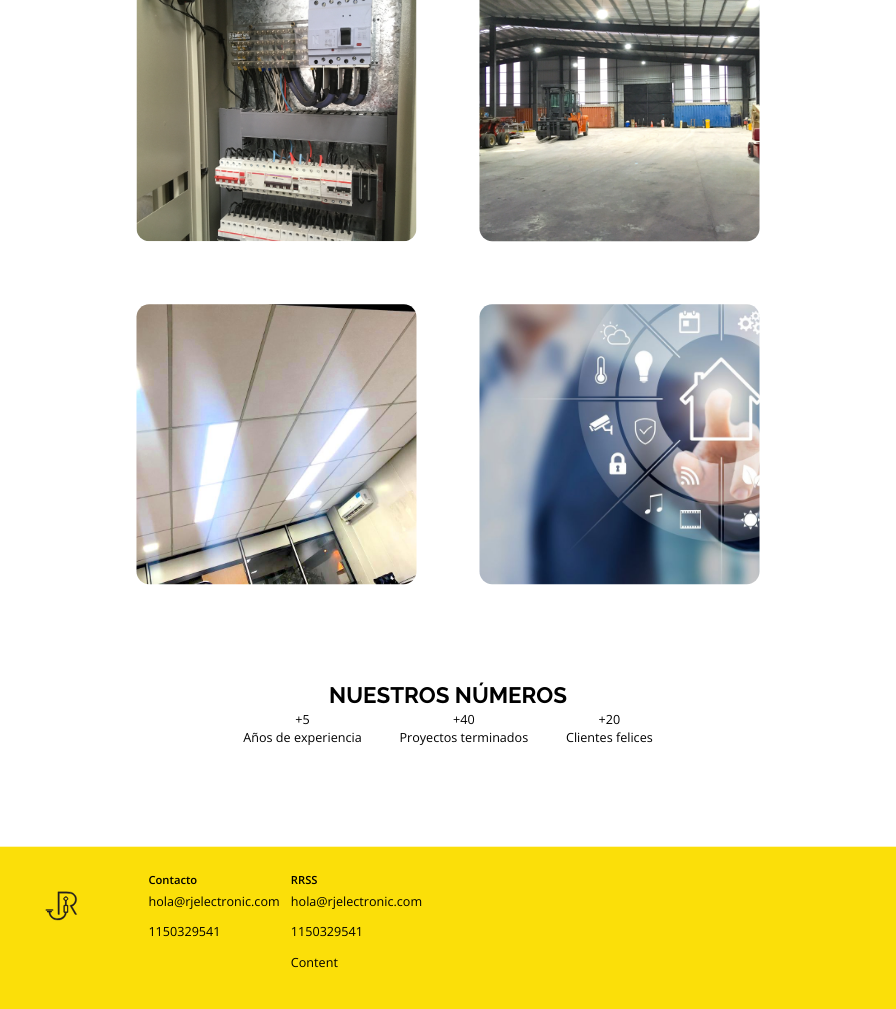
Repository: jeraldinnemg/rjelectronics
Page: index.html
The author's editor kept a copy of each file at every save. The page is drawn from the files as they stood at one save, then again after the next save.
The browser window is 1280 px wide. The pictures show the part of the page from y = 1281 to 3201 px (the page is 2723 px tall before and 3201 px after), at 70% of full size.
Some web libraries are served in a nearby version.

Above is the page before, as saved 2022-07-27 21:32:05.

### index.html
<!DOCTYPE html>
<html lang="en">
<head>
    <meta charset="UTF-8">
    <meta http-equiv="X-UA-Compatible" content="IE=edge">
    <meta name="viewport" content="width=device-width, initial-scale=1.0">
    <link rel="shortcut icon" href="favicon.ico" type="image/x-icon">
    <!-- Google fonts -->
    <link rel="preconnect" href="https://fonts.googleapis.com">
    <link rel="preconnect" href="https://fonts.gstatic.com" crossorigin>
<link href="https://fonts.googleapis.com/css2?family=Open+Sans:wght@300;400;500;600&family=Raleway:wght@300;400;500;600;700;800&display=swap" rel="stylesheet">
<link rel="stylesheet" href="https://cdnjs.cloudflare.com/ajax/libs/font-awesome/6.1.1/css/all.min.css" integrity="sha512-KfkfwYDsLkIlwQp6LFnl8zNdLGxu9YAA1QvwINks4PhcElQSvqcyVLLD9aMhXd13uQjoXtEKNosOWaZqXgel0g==" crossorigin="anonymous" referrerpolicy="no-referrer" />
    <!-- Custom system -->
    <link rel="stylesheet" href="index.css">
    <script src="https://kit.fontawesome.com/05b8218d7f.js" crossorigin="anonymous"></script>


    <script src="navigation.js" defer></script>
    <script src="tabs.js" defer></script>

    <title>RJ Electronics</title>
</head>
<body>
    <header class="primary-header flex">
            <a href="#">
                <img class="logo" width="50px" height="50px"src="/img/logo.svg" alt="">
            </a>
            <button class="mobile-nav-toggle" aria-controls="primary-navigation"><span class="sr-only" aria-expanded="false">Menu</span></button>
            <nav >
                <ul class="primary-navigation flex" data-visible="false">
                    <li><a href="#" class="uppercase text-dark ff-serif">Acerca de</a></li>
                    <li><a href="#" class="uppercase text-dark ff-serif">Servicios</a></li>
                    <li><a href="#" class="uppercase text-dark ff-serif">Proyectos</a></li>
                    <li><a href="#" class="uppercase text-dark ff-serif">Contacto</a></li>
                </ul>
            </nav>
    </header>

    <main class="grid-container grid-container--home">
        <section class="hero">
            <div class="container flex">
                <!-- CTA-1 -->
                <article class="a-self" id="lampara-tab" role="tabpanel" tabindex="0">
                    <h1 class="ff-serif fs-700">Ofrecemos Soluciones Electrónicas Integrales para tu hogar</h1>
                    <p class="ff-sans fs-400">Diseñamos y construimos una solución para cualquier necesidad, falla o problema electrónico industrial, comercial o residencial.</p>
                    <a href="#" class="button"><span>Me interesa</span></a>
                </article>
                <!-- CTA-2 -->
                <article hidden class="a-self" id="destornillador-tab" role="tabpanel" tabindex="0">
                    <h2 class="ff-serif fs-700">Creamos espacios luminosos a tu medida</h2>
                    <p class="ff-sans fs-400">Nos encargamos de calcular los lumens necesarios para que obtengas un espacio con luz de calidad.</p>
                    <a href="#" class="button"><span>Ver más</span></a>
                </article>
                <!-- CTA-3 -->
                <article hidden class="a-self" id="interruptor-tab" role="tabpanel" tabindex="0">
                    <h2 class="ff-serif fs-700">Creamos ambientes inteligentes</h2>
                    <p class="ff-sans fs-400">Nos encargamos de automatizar espacios y lugares de manera fácil y rápida.</p>
                    <a href="#" class="button"><span>Me interesa</span></a>
                </article>
                <picture class= "hero__image" id="lampara-image">
                    <img src="/img/lampara.png" alt="lampara" >
                </picture>
                <picture class= "hero__image" hidden id="destornillador-image">
                    <img src="/img/destornillador.png" alt="destornillador">
                </picture>
                <picture class= "hero__image" hidden id="interruptor-image">
                    <img src="/img/interruptor.png" alt="interruptor">
                </picture>
            </div>
            <!-- Dots -->
            <div class="dot-indicators flex" role="tablist" aria-label="services list">
                <button aria-selected="true" aria-controls="lampara-tab" data-image="lampara-image" role="tab" tabindex="0"><span class="sr-only">Lampara</span></button>
                <button aria-selected="false" aria-controls="destornillador-tab" data-image="destornillador-image" role="tab" tabindex="-1"><span class="sr-only">destornillador</span></button>
                <button aria-selected="false" aria-controls="interruptor-tab" data-image="interruptor-image" role="tab" tabindex="-1"><span class="sr-only">Interruptor</span></button>
            </div>
        </section>

        <section class="services">
            <h2 class="ff-serif fs-600 uppercase">Servicios</h2>
            <div class="container">
                <article class="card flex">
                    <i class="fa-solid fa-bolt fs-700"></i>
                    <div class="card-body">
                        <h2 class="card-title fs-400">Instrumentación & automatización</h2>

                    </div>
                </article>
                <article class="card flex">
                    <i class="fa-solid fa-plug fs-700 "></i>
                    <div class="card-body">
                        <h2 class="card-title fs-400">Tableros eléctricos</h2>

                    </div>
                </article>
                <article class="card flex">
                    <i class="fa-solid fa-lightbulb fs-700"></i>
                    <div class="card-body">
                        <h2 class="card-title fs-400">Domótica</h2>

                    </div>
                </article>
                <article class="card flex">
                    <i class="fa-solid fa-building  fs-700"></i>
                    <div class="card-body">
                        <h2 class="card-title fs-400">Planos eléctricos</h2>

                    </div>
                </article>
        </div>
        </section>
        <section class="projects">
            <h2 class="ff-serif fs-600 uppercase">Proyectos</h2>
            <div class="projects-container grid-container">
                <article class="project" style="background-image: url('/img/servicio-electricidad.JPG')">
                    <div class="project-overlay">
                    <h2 class="overlay-text fs-600 uppercase" >Tablero eléctrico</h2>
                    </div>
                </article>
                <article class="project" style="background-image: url('/img/trabajos-iluminacion-galpon.JPG')">
                    <div class="project-overlay">
                        <h2 class="overlay-text fs-500 uppercase">Iluminación industrial</h2>
                    </div>
                </article>
                <article class="project" style="background-image: url('/img/iluminacion-oficinas.jpeg') ">
                    <div class="project-overlay">
                        <h2 class="overlay-text fs-500 uppercase">Iluminación de oficina</h2>
                    </div>
                </article>
                <article class="project" style="background-image: url('/img/servicios-domotica.jpg') ">
                    <div class="project-overlay">
                        <h2 class="overlay-text fs-500 uppercase">Domótica en casa</h2>
                    </div>
                </article>
        </div>
        </section>
        <section class="statics">
            <h2 class="ff-serif fs-600 uppercase">Nuestros números</h2>
            <div class="container flex" >
            <div>
                <span>+5</span>
                <p>Años de experiencia</p>
            </div>
            <div>
                <span>+40</span>
                <p>Proyectos terminados</p>
            </div>
            <div>
                <span>+20</span>
                <p>Clientes felices</p>
            </div>
        </div>
        </section>

    </main>


    <footer class="flex">
        <a href="#">
            <img class="logo" width="50px" height="50px"src="/img/logo.svg" alt="">
        </a>
        <div class="col">
            <h3>Contacto</h3>
                <p>hola@rjelectronic.com</p>
                <p>1150329541</p>
        </div>
        <div class="col">
            <h3>RRSS</h3>
                <p>hola@rjelectronic.com</p>
                <p>1150329541</p>
                <p>Content</p>
        </div>
    </footer>

</body>
</html>

### index.css
/* ----------------------- */
/* --Custom properties---- */
/* ----------------------- */

:root {
   /*colors*/
   --clr-dark: 0 0% 0%;
   --clr-main: 53 97% 51%;
   --clr-secondary: 25 100% 52%;
   --clr-white: 0 0% 100%;

/*font-sizes*/
--fs-1000: 9.375rem; /*150x*/
--fs-900: 6.25rem; /*100px*/
--fs-800: 4.5rem; /*72px*/
--fs-700: 3.5rem; /*56px*/
--fs-600: 2rem; /*32px*/
--fs-500: 1.75rem; /*28px*/
--fs-400: 1.125rem; /*18px*/
--fs-300: 1rem; /*16px*/
--fs-200: 0.875rem; /*14px*/

/*font-family*/
--ff-serif: "Raleway", serif;
--ff-sans: "Open sans", sans-serif;


}

.uppercase {
    text-transform: uppercase;
}

/* -------------- */
/* -----RESET---- */
/* -------------- */

*,
*::before,
*::after {
    box-sizing: border-box;
}

/* Reset margins */
h1,
h2,
h3,
h4,
h5,
body,
p,
picture,
figure {
    margin:0;
}

/* Set up the body  */

body {
    font-family: var(--ff-sans);
    font-size: var(--fs-400);
    color:hsl(var(--clr-dark));
    line-height: 1.4;
    min-height: 100vh;

    display: grid;
    grid-template-rows: min-content 1fr;

    overflow-x:hidden;
}

/* Make images easier to work */
img,
picture {
    max-width: 100%;
}

/* Make form elements easier to work*/
input,
select,
button,
textarea {
    font: inherit;
}

/* Remove all animations, transitions and smooth scroll for people that prefer not to see them (Accesibility Recourse piccali.li*/
@media (prefers-reduced-motion: reduce) {
    html:focus-within {
     scroll-behavior: auto;
    }

    *,
    *::before,
    *::after {
      animation-duration: 0.01ms !important;
      animation-iteration-count: 1 !important;
      transition-duration: 0.01ms !important;
      scroll-behavior: auto !important;
    }
  }

/* ------------------ */
/* -UTILITY CLASES-- */
/* ----------------- */

.flex {
    display: flex;
    gap: var(--gap, 1rem);
}

.grid {
    display: grid;
    gap: var(--gap, 1rem);
}

.a-self{
    align-self: center;
}

.container {
    padding-inline: 1em;
    margin-inline: auto;
    max-width: 80rem;

    display: flex;
    flex-direction: column;
}

.dot-indicators{
    justify-content: center;
}

.hero{
    margin-top: 2em;
}


.sr-only {
    position: absolute;
    width: 1px;
    height: 1px;
    padding: 0;
    margin: -1px;
    overflow: hidden;
    clip: rect (0,0,0,0);
    white-space: nowrap; /*added line*/
    border: 0;
}

/*Colors */

.bg-dark { background-color: hsl(var(--clr-dark));}
.bg-yellow {background-color: hsl(var(--clr-yellow));}
.bg-white { background-color: hsl(var(--clr-white));}

.text-dark { color: hsl(var(--clr-dark));}
.text-dark { color: hsl(var(--clr-dark));}
.text-dark { color: hsl(var(--clr-dark));}

/*Typography */

.ff-serif {font-family: var(--ff-serif);}
.ff-sans {font-family: var(--ff-sans);}

.letter-spacing-1  {letter-spacing: 4.75px;}
.letter-spacing-2  {letter-spacing: 2.7px;}
.letter-spacing-1  {letter-spacing: 2.35px;}

.fs-900 {font-size: var(--fs-900);}
.fs-800 {font-size: var(--fs-800);}
.fs-700 {font-size: var(--fs-700);}
.fs-600 {font-size: var(--fs-600);}
.fs-500 {font-size: var(--fs-500);}
.fs-400 {font-size: var(--fs-400);}
.fs-300 {font-size: var(--fs-300);}
.fs-200 {font-size: var(--fs-200);}

.fw-400 {font-weight: 400;}
.fw-500 {font-weight: 500;}

/* General */

.flex {
    display: flex;
    gap: var(--gap, 1rem);
}

.flex.even-columns > * {
    width: 100%;
}

.grid {
    display: grid;
    gap: var(--gap, 1rem);
}

.d-block {
    display: block;
}

/* ----------------- */
/* ---COMPONENT----- */
/* ----------------- */

/* Primary header */

.logo{
    margin: 1.5rem clamp(1.5rem, 5vw, 4rem);
}

.primary-header{
    align-items:center;
    justify-content: space-between;
    background-color: hsl(var(--clr-main));
}

.primary-navigation{
    --gap: clamp(1.5rem, 5vw, 3.5rem);
    list-style: none;
    text-decoration: none;
    padding: 0;
    margin:0;
}

.primary-navigation a, footer a{
    text-decoration: none;
    margin-right: 1em;
}

.mobile-nav-toggle{
    display: none;
}

@media(max-width:35em){
    .primary-navigation{
        --underline-gap: 0.5rem;
        position: fixed;
        inset: 0 0 0 20%;
        z-index:1000;
        padding: min(20rem, 15vh);
        margin:0;
        z-index:1000;
        list-style: none;
        flex-direction: column;
        background-color: hsl(var(--clr-main));
        transform: translateX(100%);
        transition: transform ease-in-out;

    }

    .primary-navigation[data-visible='true']{
        transform: translateX(0);
    }

    .mobile-nav-toggle {
        display: block;
        position: absolute;
        z-index:2000;
        right: 2rem;
        top: 2rem;
        background: transparent;
        background-image: url(/img/icon-hamburger.svg);
        background-repeat:no-repeat;
        background-position: center;
        width: 1.5rem;
        aspect-ratio:1;
        border: 0;
        cursor: pointer;
    }

    .mobile-nav-toggle[aria-expanded='true']{
        background-image: url(/img/icon-close.svg);
    }

    .mobile-nav-toggle:focus-visible{
        outline:5px solid white;
        outline-offset: 5px;
    }
}

@media (min-width: 35em){
    .primary-navigation{
        padding-inline: clamp(3rem, 7vw, 7rem);
    }
}

@media(min-width: 45em){
    .primary-navigation{
        margin-block:2rem;
    }
}


/* ---------- */
/* Button     */
/* --------- */

 .button {
    display: inline-flex;
	background: hsl(var(--clr-dark));
    padding: 1em 2em;
    border-radius: 2em;
    color: hsl(var(--clr-white));
	position: relative;
    text-decoration: none;
    transition: 0.3s ease all;
	position:relative;
	overflow:hidden;
    margin-top: 1.5em;
}

.button span {
	position:relative;
	z-index:2;
	transition: 0.3s ease all;
}

.button::after {
	content: "";
	width: 100%;
	height:100%;
	background: hsl(var(--clr-secondary));
	position: absolute;
	z-index: 1;
	top: -80px;
	left: 0;
	transition: 0.3s ease-in-out all;
}

.button:hover::after{
	top:0;
	}
/* ---------- */
/* Dots     */
/* --------- */

.dot-indicators > * {
        cursor: pointer;
        border: 0;
        border-radius: 50%;
        padding: .5em;
        background-color: hsl(var(--clr-dark)/ .25) ;
 }

.dot-indicators > *:hover,
.dot-indicators > *:focus {
        background-color: hsl(var(--clr-secondary)/ .5);
    }

.dot-indicators > [aria-selected="true"] {
        background-color: hsl( var(--clr-secondary) / 1);
    }

/* ---------- */
/* Card     */
/* --------- */
.card{
    background-color: hsl( var(--clr-main));
    padding: 2em 4em;
    margin: 2em 0em;
    border-radius: 1em;
    flex-direction: column;
}

i:hover{
    color: hsl( var(--clr-secondary));
}

.services, .projects, .statics{
    text-align: center;
    margin-top: 4em;
}

/* -------------------------*/
/* -------projects ----------- */
/* -------------------------*/

.projects-container{
    grid-template-columns: repeat(1, 1fr);
    margin-top: 2em;
    gap:2rem;
}

.projects-container >article{
    position: relative;

    min-width: 400px;
    min-height: 400px;
    background-size: cover;
    background-repeat: no-repeat;
    background-position: center center;
    border-radius: 1em;
}

.projects .project .project-overlay{
    width: 0%;
	height: 100%;
	position: absolute;
	bottom: 0;
	left: 0;
	right: 0;
	background: hsl( var(--clr-main));
	overflow: hidden;
    border-radius: 1em;
	transition: .5s ease;
}

.projects .project:hover .project-overlay {
    width: 100%;
    opacity: 0.8;
}

.overlay-text {
	top: 50%;
	left: 50%;

	position: absolute;
	white-space: nowrap;
	color: hsl(var(--clr-dark));
	transform: translate(-50%, -50%);
	overflow: hidden;
	border-top: 1px solid #fff;
	border-bottom: 1px solid #fff;
}

/* -------------------------*/
/* -------STATICS --------- */
/* -------------------------*/
.statics .container{
    gap:3em;
    justify-content: space-between;
}

/* -------------------------*/
/* -------FOOTER ---------- */
/* -------------------------*/
footer{
    background-color: hsl( var(--clr-main));
    color: hsl( var(--clr-dark));
    padding: 2em 0em;
}

footer p{
    font-family: var(--ff-sans-normal);
    font-size: var(--fs-100);
    margin-bottom: 1em;

}

footer h3{
    font-size: var(--fs-300);
    color: var(--clr-secundary);
    margin-bottom: 0.5em;
}

footer div:first-child{
    align-items: flex-start;
}

/* -------------------------*/
/* -------Layout----------- */
/* -------------------------*/

.grid-container {
    display: grid;
    text-align: center;
    place-items:center;
    padding-inline: 1rem;
    padding-bottom: 4rem;
}

.grid-container  p:not([class]) {
    max-width: 50ch;
}

@media (min-width: 45em){
    .grid-container {
        text-align: left;
        column-gap: var(--container-gap, 2rem);
        grid-template-columns: minmax(1rem, 1fr)
        repeat (2, minmax((0, 30rem)) minmax(1rem, 1fr));
    }
    .grid-container--home {
        padding-bottom: max(6rem, 20vh);
        align-items: left;
    }
    .container {
        flex-direction: row;
        gap: 2em;
    }

    .hero__image{
        max-width: 40%;
    }

    .card{
        max-width: 20vw;
        flex-direction: column;
        justify-content: center;
    }

    .projects-container{
        grid-template-columns: repeat(2, 1fr);
        gap: 5em;
    }













}

### navigation.js
// javascript

const nav = document.querySelector(".primary-navigation");
const navToggle = document.querySelector('.mobile-nav-toggle');


// when someone clicks the hamburguer button

navToggle.addEventListener('click', () => {

// if the nav is closed, open it

    const visibility = nav.getAttribute("data-visible");

    if (visibility === 'false') {
        nav.setAttribute('data-visible', true);
        navToggle.setAttribute('aria-expanded', true);
    } else {
        nav.setAttribute('data-visible', false);
        navToggle.setAttribute('aria-expanded', false);

    }
});

Loaded but not shown: tabs.js (81 lines, source omitted)

After the next save:
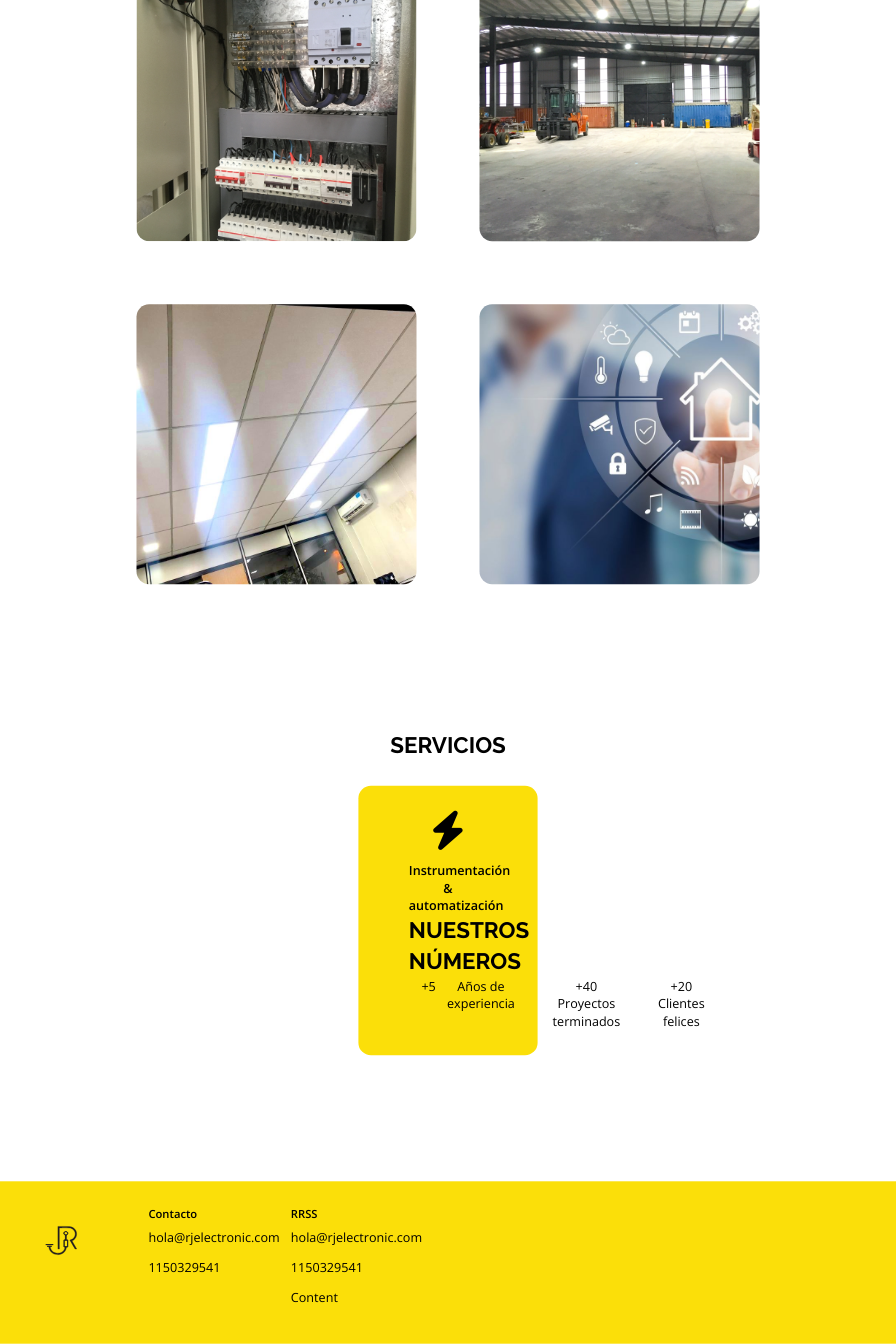
Saved 2 min 0 s later.
--- a/index.html
+++ b/index.html
@@ -134,9 +134,17 @@
         </div>
         </section>
         <section class="statics">
+            <section class="services">
+                <h2 class="ff-serif fs-600 uppercase">Servicios</h2>
+                <div class="container">
+                    <article class="card flex">
+                        <i class="fa-solid fa-bolt fs-700"></i>
+                        <div class="card-body">
+                            <h2 class="card-title fs-400">Instrumentación & automatización</h2>
+
             <h2 class="ff-serif fs-600 uppercase">Nuestros números</h2>
-            <div class="container flex" >
-            <div>
+            <div class="container" >
+            <div class="flex">
                 <span>+5</span>
                 <p>Años de experiencia</p>
             </div>

After the save that followed:
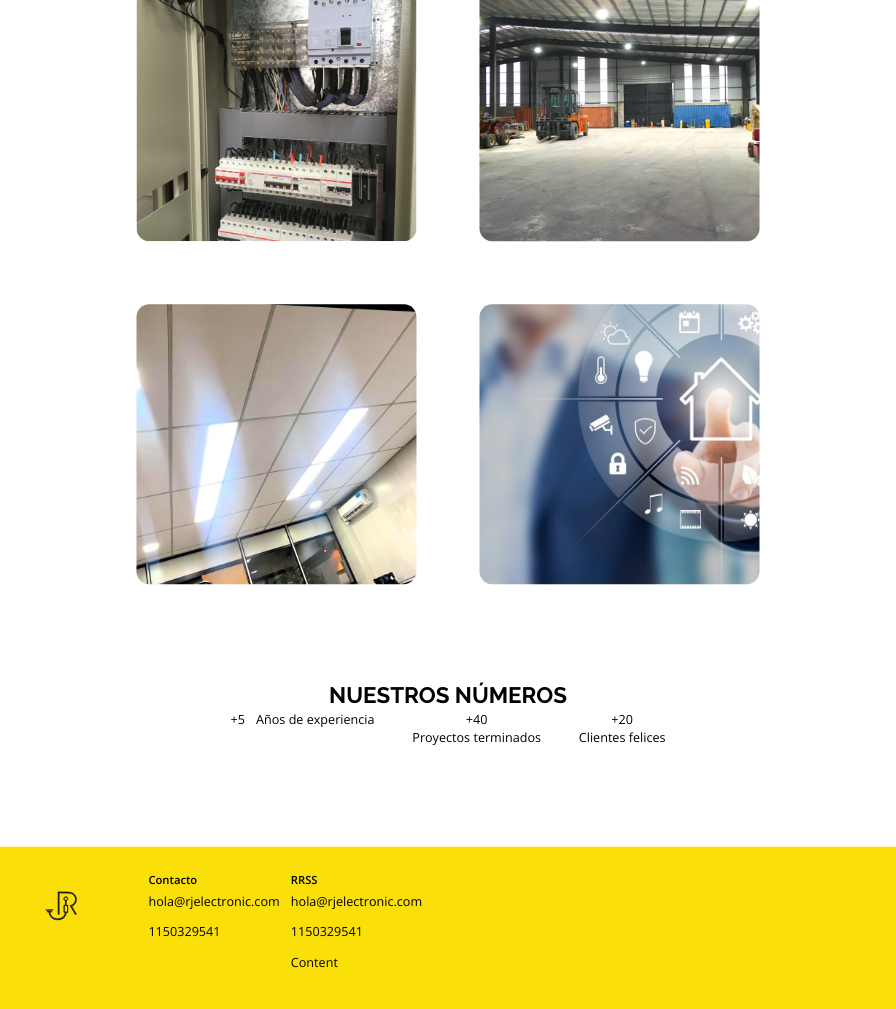
Saved 12 s later.
--- a/index.html
+++ b/index.html
@@ -134,14 +134,6 @@
         </div>
         </section>
         <section class="statics">
-            <section class="services">
-                <h2 class="ff-serif fs-600 uppercase">Servicios</h2>
-                <div class="container">
-                    <article class="card flex">
-                        <i class="fa-solid fa-bolt fs-700"></i>
-                        <div class="card-body">
-                            <h2 class="card-title fs-400">Instrumentación & automatización</h2>
-
             <h2 class="ff-serif fs-600 uppercase">Nuestros números</h2>
             <div class="container" >
             <div class="flex">
